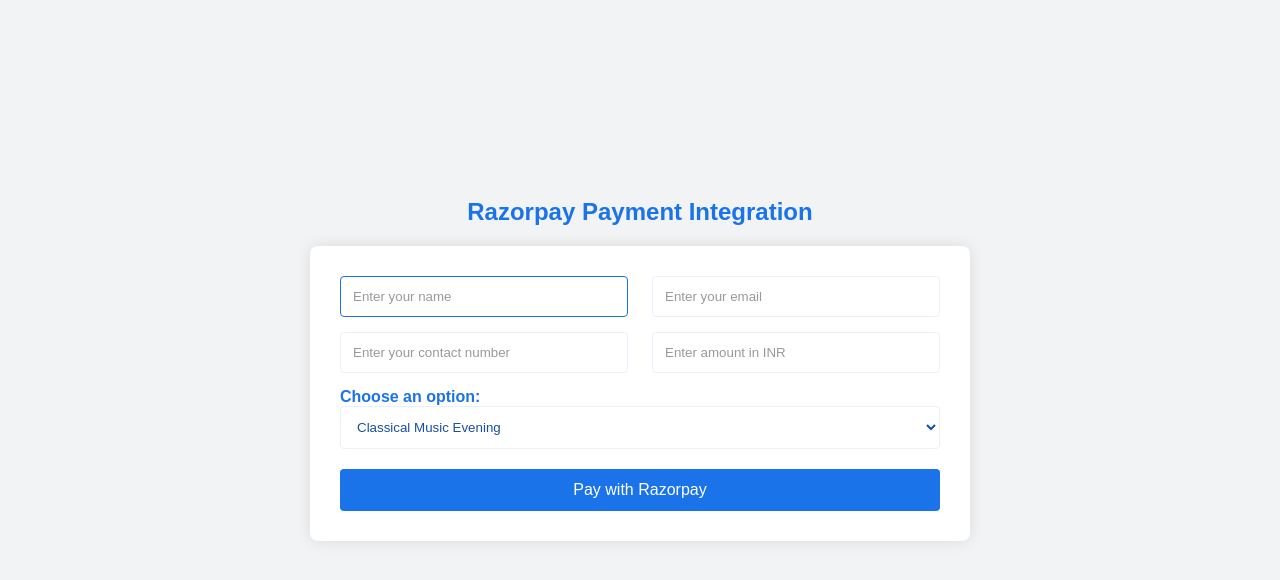
Repository: SharonSebastian32/razorpaypaymentgateway_implementation
Page: bookEventpage.html
The author's editor kept a copy of each file at every save. The page is drawn from the files as they stood at one save, then again after the next save.
The browser window is 1280 px wide. The pictures show the whole page.
The first visible `input` has the focus.

Above is the page before, as saved 2024-08-09 07:32:33.

After the next save:
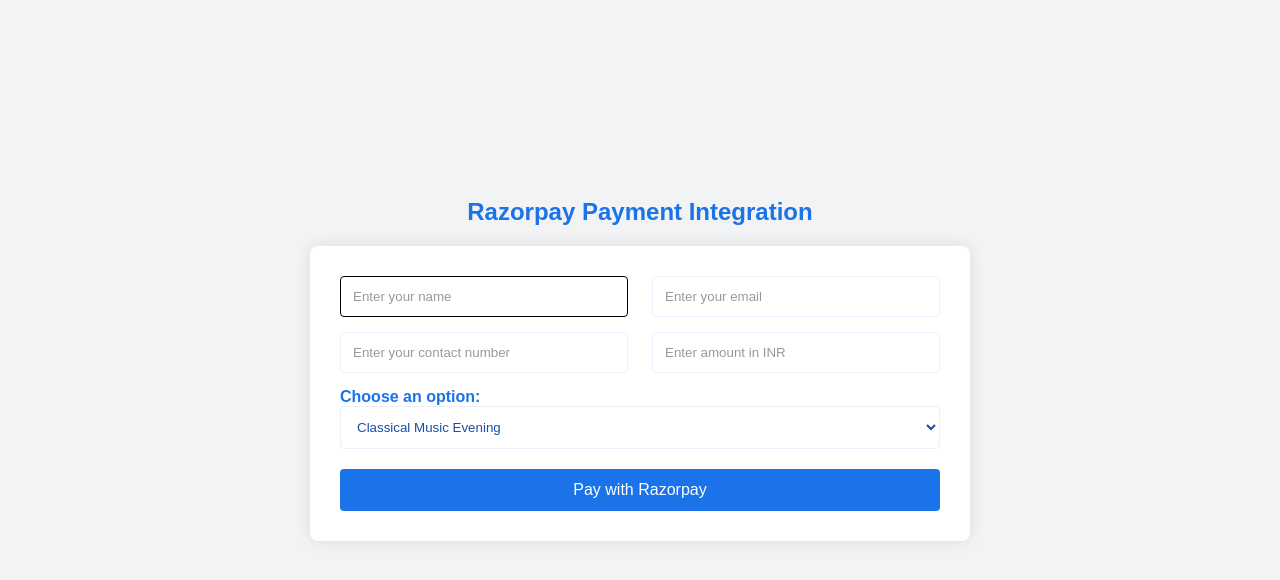
Saved 7 min 20 s later.
--- a/bookEventpage.html
+++ b/bookEventpage.html
@@ -62,7 +62,7 @@
       input:focus,
       select:focus {
         outline: none;
-        border-color: var(--primary-blue);
+        border-color:black;
       }
 
       input::placeholder {

After the save that followed:
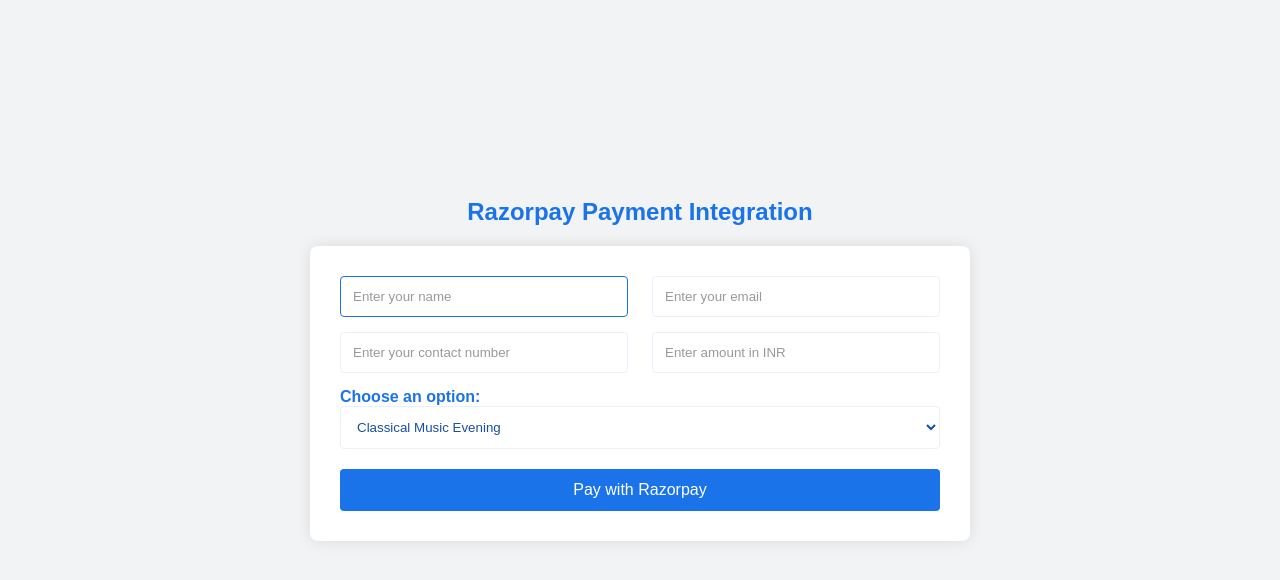
Saved 16 s later.
--- a/bookEventpage.html
+++ b/bookEventpage.html
@@ -62,7 +62,7 @@
       input:focus,
       select:focus {
         outline: none;
-        border-color:black;
+        border-color: var(--primary-blue);
       }
 
       input::placeholder {
